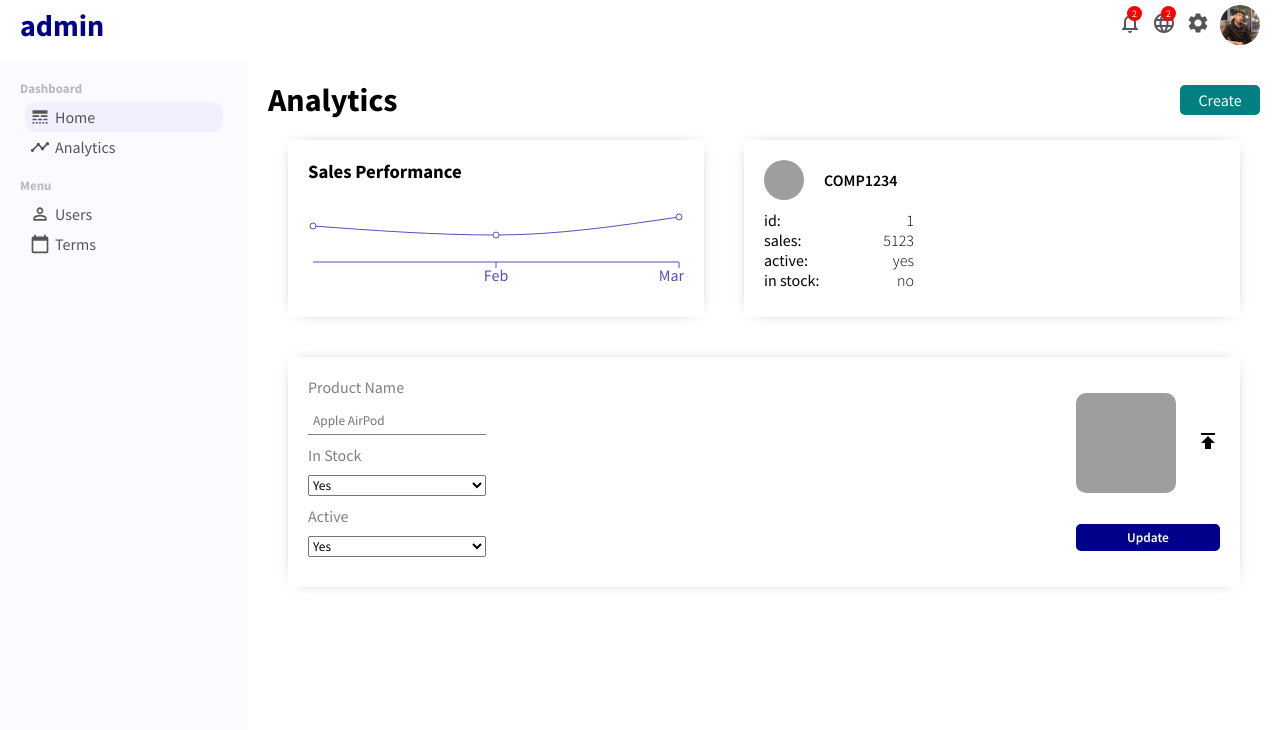
Repository: NguyenThanhNhan2507/PageQA
Page: /product/1
These files come from the project's save history. The page is drawn as it stood at one moment and after the next save; the edit follows.
The browser window is 1280 px wide. The pictures show the whole page.
Pictures or frames that could not be fetched are drawn as grey boxes. The project was rebuilt for these pictures with package versions that can differ from the ones it lists, and the page was loaded fresh each time. Also part of the build but not shown: src/pages/home/home.css, src/components/widgetSm/widgetSm.css, src/components/widgetSm/WidgetSm.jsx, src/components/widgetLg/widgetLg.css, src/components/widgetLg/WidgetLg.jsx, src/pages/home/Home.jsx, src/pages/userList/userList.css, src/pages/userList/UserList.jsx and 10 more.

Above is the page before, as saved 2022-04-04 14:15:49.

After the next save:
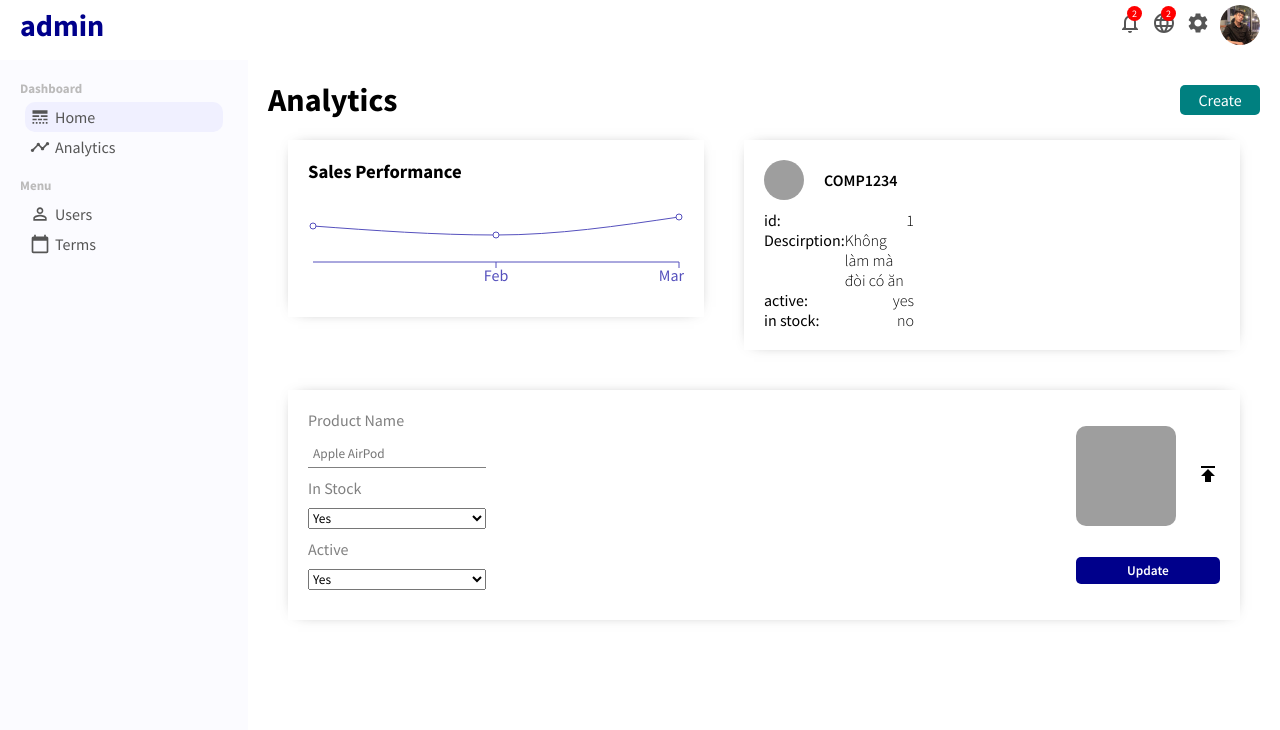
Saved 15 s later.
--- a/src/pages/product/Product.jsx
+++ b/src/pages/product/Product.jsx
@@ -28,8 +28,8 @@
                       <span className="productInfoValue">1</span>
                   </div>
                   <div className="productInfoItem">
-                      <span className="productInfoKey">sales:</span>
-                      <span className="productInfoValue">5123</span>
+                      <span className="productInfoKey">Descirption:</span>
+                      <span className="productInfoValue">Không làm mà đòi có ăn</span>
                   </div>
                   <div className="productInfoItem">
                       <span className="productInfoKey">active:</span>
